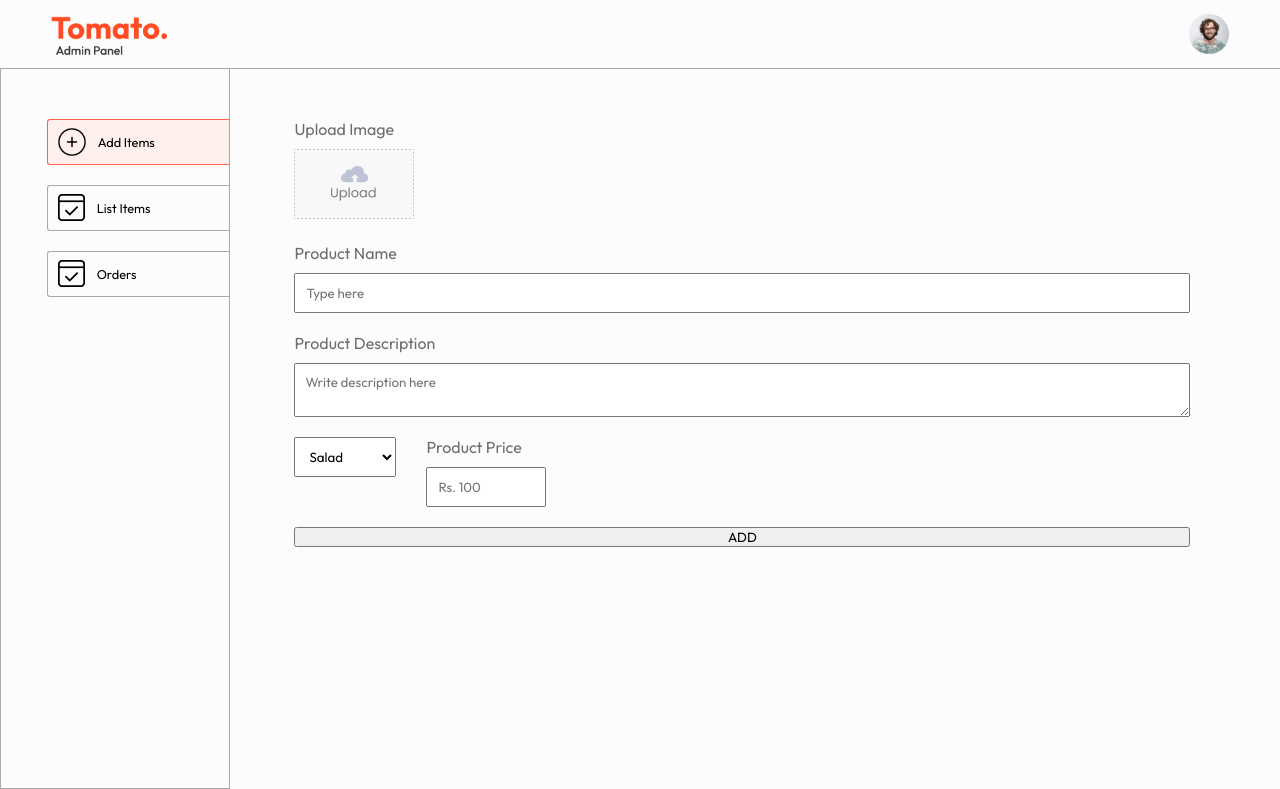
Repository: KartikChouhan03/food-delivery-app
Page: /add (app in admin/)
The author's editor kept a copy of each file at every save. The page is drawn from the files as they stood at one save, then again after the next save.
The browser window is 1280 px wide. The pictures show the whole page.
Some web fonts or font styles are not loaded; a fallback is used. The project was rebuilt for these pictures with package versions that can differ from the ones it lists, and the page was loaded fresh each time. Also part of the build but not shown: admin/vite.config.js, admin/src/pages/List/List.css, admin/src/pages/List/List.jsx, admin/src/pages/Orders/Orders.css, admin/src/pages/Orders/Orders.jsx.

Above is the page before, as saved 2025-08-17 14:47:17.

After the next save:
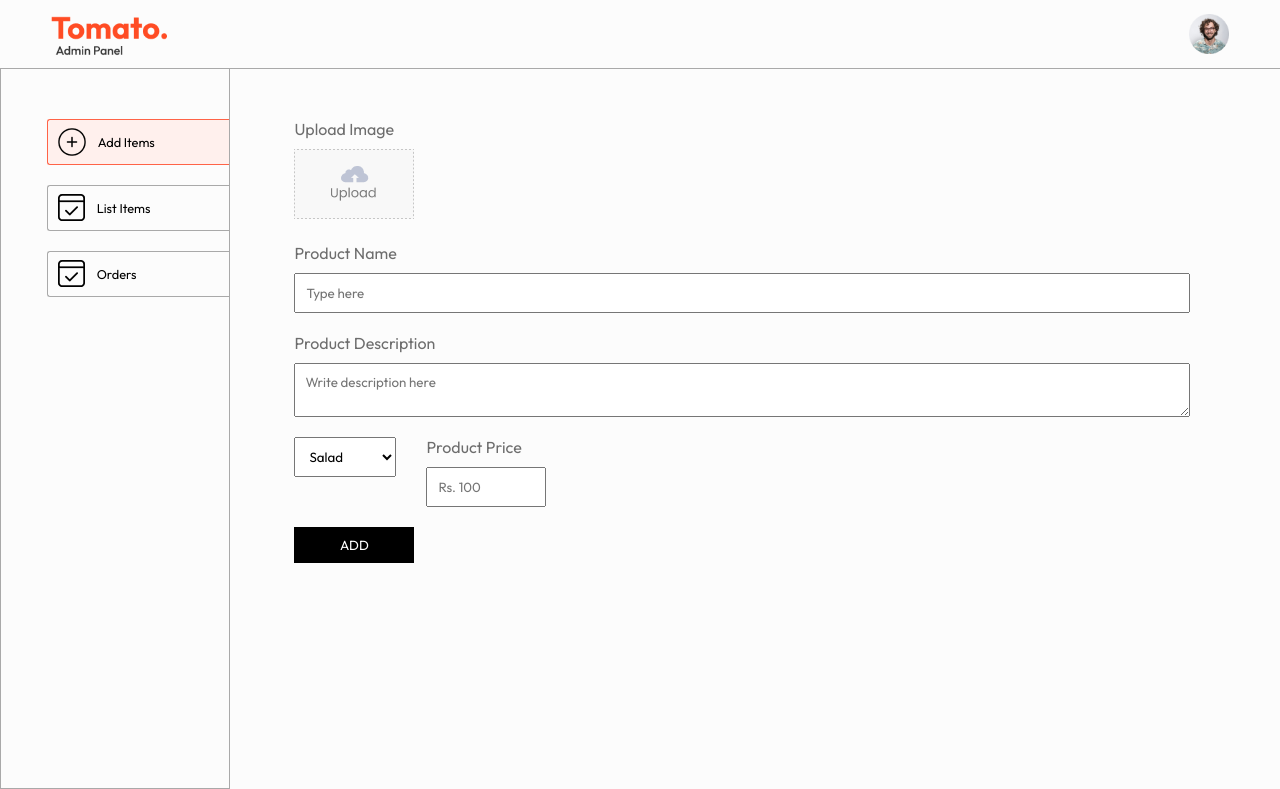
Saved 56 s later.
--- a/admin/src/pages/Add/Add.css
+++ b/admin/src/pages/Add/Add.css
@@ -32,3 +32,12 @@
     max-width: 120px;
     padding: 10px;
 }
+
+.add-btn{
+    max-width: 120px;
+    border:none ;
+    padding: 10px;
+    background-color: black;
+    color: white;
+    cursor: pointer;
+}
